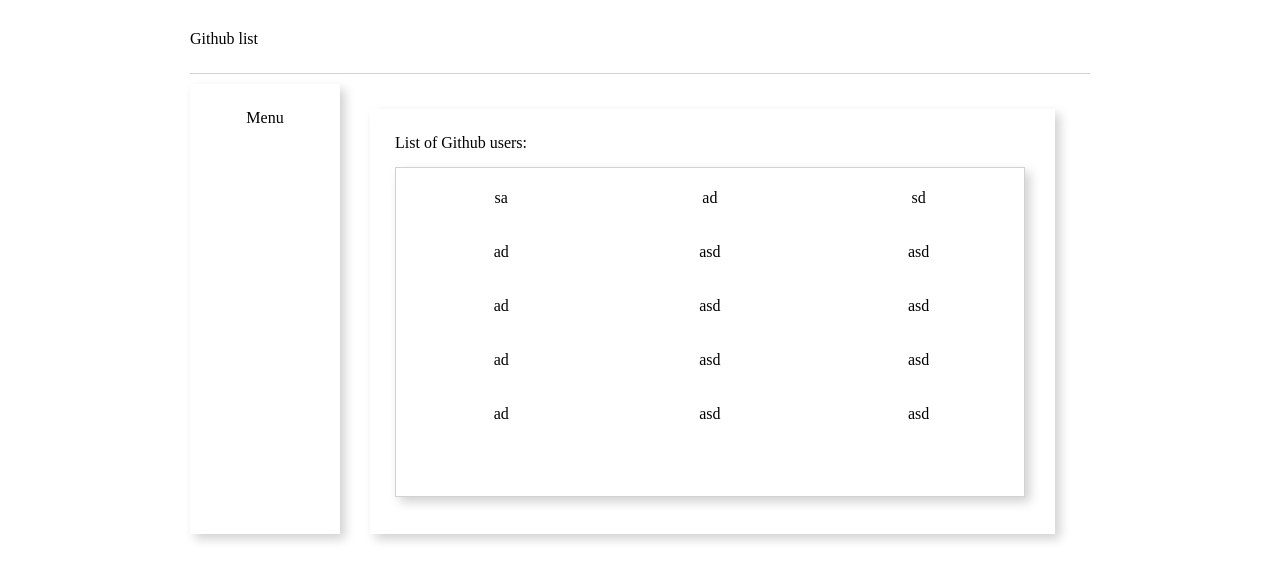
Repository: SzymonRoche/gitStars
Page: index.html
These files come from the project's save history. The page is drawn as it stood at one moment and after a run of saves; the edit follows.
The browser window is 1280 px wide. The pictures show the whole page.

Above is the page before, as saved 2020-02-15 18:13:16.
Console error: SyntaxError: Missing initializer in const declaration

### index.html
<!DOCTYPE html>
<html lang="en">

<head>
  <meta charset="UTF-8">
  <meta name="viewport" content="width=device-width, initial-scale=1.0">
  <link rel="stylesheet" type="text/css" href="style.css">
  <link href="https://fonts.googleapis.com/css?family=Roboto" rel="stylesheet">
  <meta http-equiv="X-UA-Compatible" content="ie=edge">
  <title>Github List</title>
</head>

<body class="app">

  <div class="title"> Github list </div>
  <div class="aside"> Menu </div>
  <div class="content"> List of Github users:
    <table class="my-table">


        <TR class="firts">

        <TR> <TD> sa</TD><TD> ad</TD><TD> sd</TD></TR>
        <TR> <TD>ad </TD><TD> asd</TD><TD> asd</TD></TR>
        <TR> <TD>ad </TD><TD> asd</TD><TD> asd</TD></TR>
        <TR> <TD>ad </TD><TD> asd</TD><TD> asd</TD></TR>
        <TR> <TD>ad </TD><TD> asd</TD><TD> asd</TD></TR>


    </table>
  </div>

</body>
<script src="main.js" type="module"></script>
</html>

### style.css
.app{

    width: 900px;
    height: 500px;
    margin: 0 auto;
}


.title{
    margin-top: 30px;
    margin-bottom: 10px;
    padding-bottom: 25px;
    border-bottom: 1px solid  rgb(211, 210, 210);
}

.aside{
    display: block;
    width: 150px;
    height: 425px;
    padding-top: 25px;
    text-align: center;
    float:left;
    box-shadow: rgb(211, 210, 210) 5px 5px 10px;
}

.content{
    display: block;
    padding-top: 25px;
    padding-left: 25px;
    width: 660px;
    height: 400px;
    margin: 35px 20%;
    box-shadow: rgb(211, 210, 210) 5px 5px 10px;

}

.my-table{
    display: block;
    width: 630px;
    height: 330px;
    margin: 15px auto 0px 0;
    box-shadow: rgb(211, 210, 210) 5px 5px 10px;
    border: 1px solid rgb(211, 210, 210);

}

td{
    width: 210px;
    height: 50px;
    text-align: center;

}

.firts{
    box-shadow: rgb(211, 210, 210) 5px 5px 5px;
    border-bottom: 5px solid red;
}

### main.js
import  userNames  from "./users.js";
import tabela from "./tabele.js";

function CreateTabele(left, mid, right) {
    const tab = document.querySelector(".my-table");

    const tabela = tab.insertRow(0);
    const tabela2
    this.left = tabela.insertCell(0);
    this.mid = tabela.insertCell(1);
    this.right = tabela.insertCell(2);


    topLeft.innerHTML = "USERNAME"
    topMiddle.innerHTML = "COUNTS"
    TopRight.innerHTML = "STARS"



};

CreateTabele();


console.log(tabela);

### users.js
const userNames = () => {
    // All users that you need to display.
    console.log(`wyświetla userNames`)
    return ['yyx990803', 'toddmotto', 'johnpapa', 'angular', 'facebook', 'vuejs']
};



export default () => {
    userNames()
};

### tabele.js

const tabela = ["dick", "rick","majk"]






export default tabela ;

After the next 2 saves:
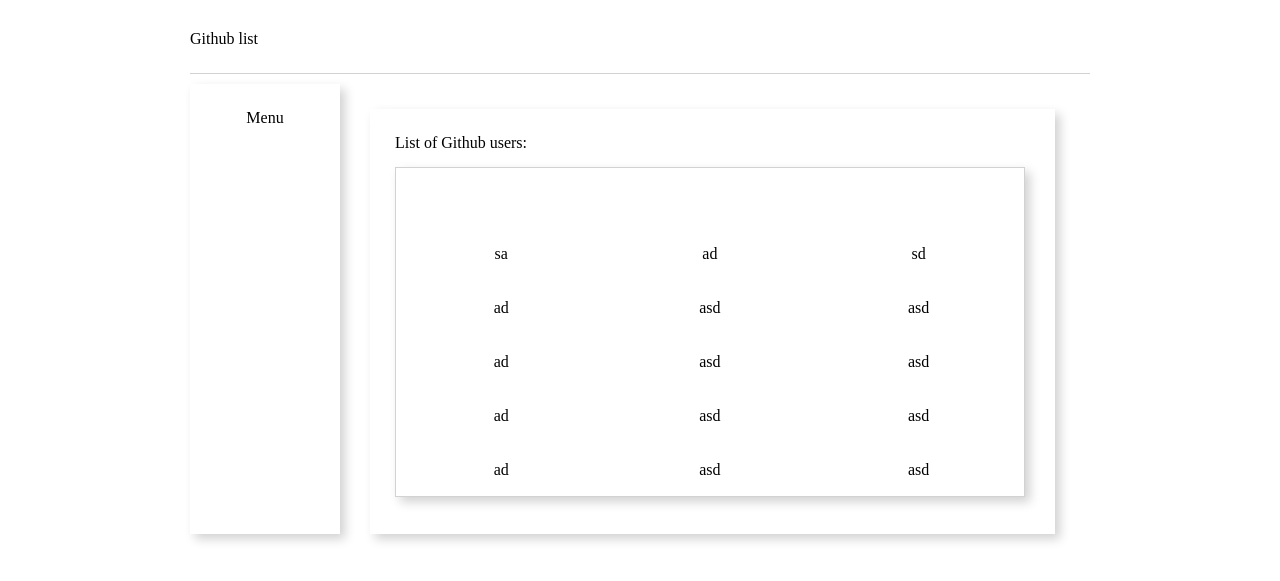
Console error: TypeError: Cannot set properties of undefined (setting 'left')
The 2 saves are shown as one change because they came seconds apart.
The last was saved 8 s later.
--- a/main.js
+++ b/main.js
@@ -5,7 +5,8 @@
     const tab = document.querySelector(".my-table");
 
     const tabela = tab.insertRow(0);
-    const tabela2
+    const tabela2 = tab.insertRow(0);
+
     this.left = tabela.insertCell(0);
     this.mid = tabela.insertCell(1);
     this.right = tabela.insertCell(2);

After the 5 saves that followed:
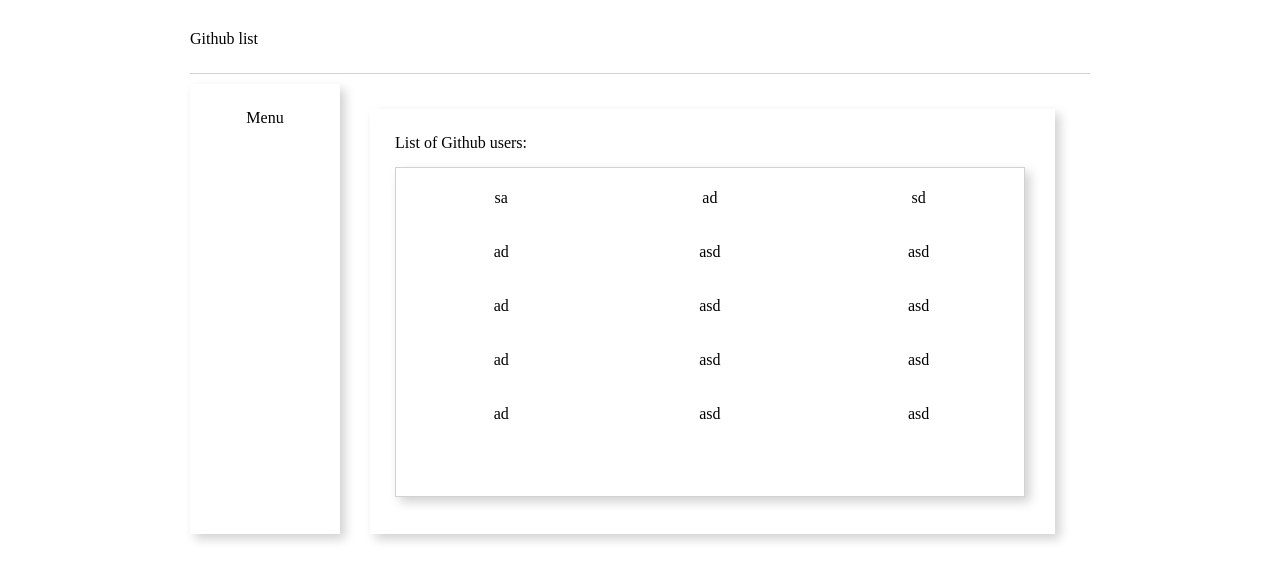
Console error: SyntaxError: Unexpected identifier 'innerHTML'
The 5 saves are shown as one change because 1 left the picture as it was and some came seconds apart.
The last was saved 52 s later.
--- a/main.js
+++ b/main.js
@@ -12,8 +12,8 @@
     this.right = tabela.insertCell(2);
 
 
-    topLeft.innerHTML = "USERNAME"
-    topMiddle.innerHTML = "COUNTS"
+    this.left = innerHTML = "USERNAME"
+    topMiddle innerHTML = "COUNTS"
     TopRight.innerHTML = "STARS"
 
 
